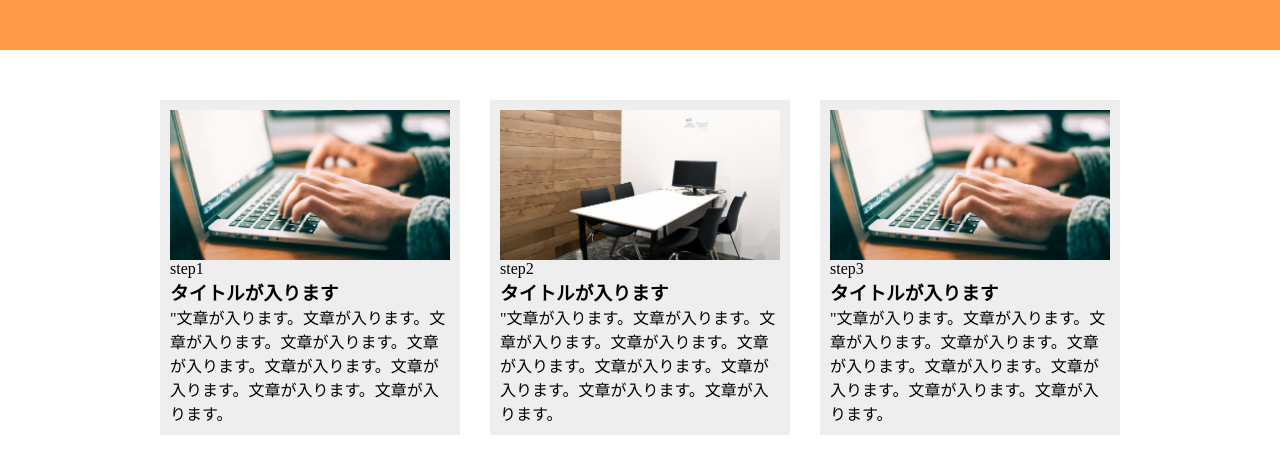
Repository: Yuya0829/HTML
Page: exercise/exercise9.html
The author's editor kept a record of every edit. The page is drawn from the files as they stood at one moment, then again after the next edit.
The browser window is 1280 px wide. The pictures show the whole page.

Above is the page before.

After the next edit:
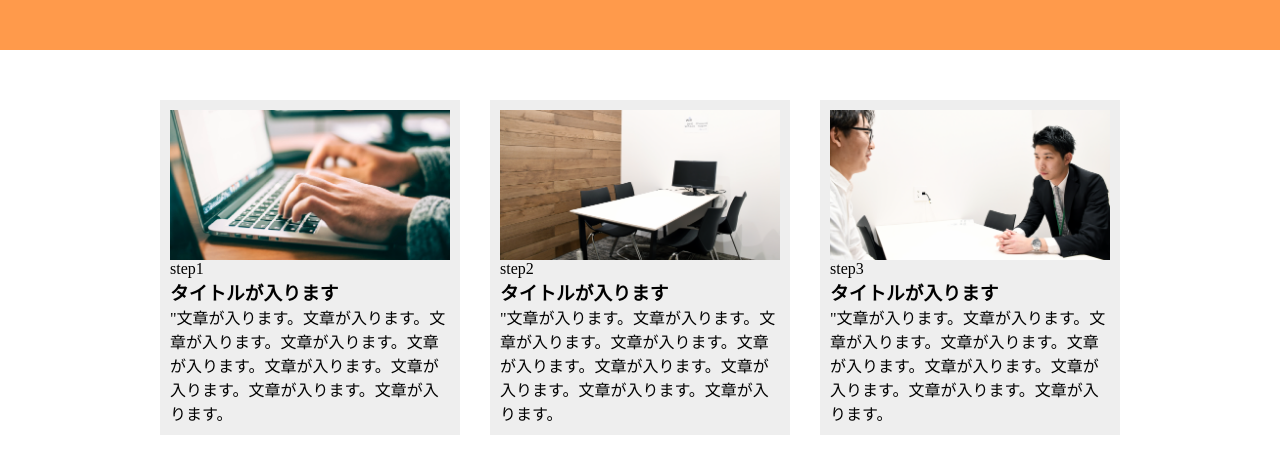
The edit:
--- a/exercise/exercise9.css
+++ b/exercise/exercise9.css
@@ -43,7 +43,7 @@
 
 .step-img3 {
   height: 150px;
-  background-image: url(img/flow01.png);
+  background-image: url(img/flow03.png);
   background-position: bottom;
   background-size: cover;
 }
